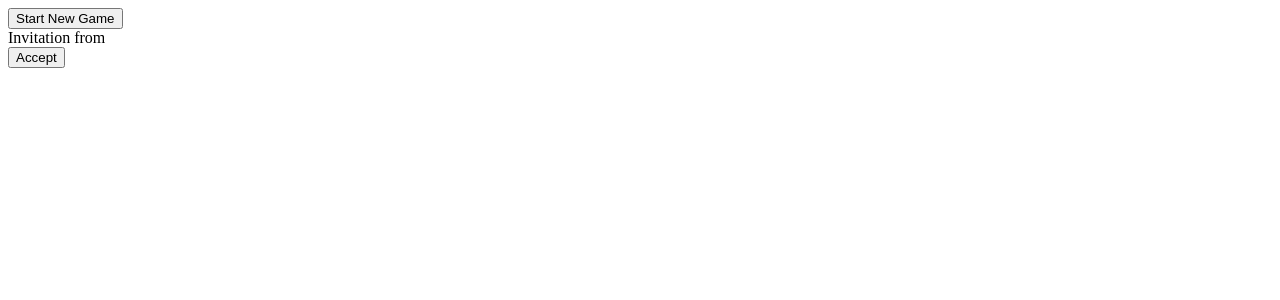
Repository: akshaydongaregit/OnlineChess
Page: view/home.html
These files come from the project's save history. The page is drawn as it stood at one moment and after the next save; the edit follows.
The browser window is 1280 px wide. The pictures show the whole page.
The page's requests for data from a server got no answer.

Above is the page before, as saved 2019-10-06 16:10:06.

### view/home.html
<html>
    <head>
        <title>OnlChess | Login</title>
    </head>
    <body>
        <div name="login" class="form">
            <button class="btn" value="Start" onclick='$.redirect("/req-new")'> Start New Game</button>
        </div>
        <div class="card-list">
            <div class="card-item">
                <div class="body" > Invitation from </div>
                <button class="btn blue" >Accept</button>
            </div>
        </div>
        <script type="text/javascript" src="../js/axios.min.js"></script>
        <script type="text/javascript" src="../js/main.js"></script>
        <script type="text/javascript" src="../js/sweetalert2.js"></script>
    </body>
</html>

### js/main.js

$ = {};

if($.redirect==undefined)
$.redirect = (url) => {
    document.location = url;
}

if($.toggleClass==undefined)
$.toggleClass = (el , className) => {
  el.classList.toggle(className);
};
if($.select==undefined)
$.select = (selector) => {
  return document.querySelector(selector);
};
if($.selectAll==undefined)
$.selectAll = (selector) => {
  return document.querySelectorAll(selector);
};

let playerPrfo = {};
let profLister = [];
function init() {
  axios.post('/check-invite',{}).then((res)=>{
    console.log(res.data);
    playerPrfo = res.data;
    for(let listener of profLister)
      listener(res.data);
  });
}

init();

Loaded but not shown: js/axios.min.js (library); js/sweetalert2.js (2910 lines, source omitted)

After the next save:
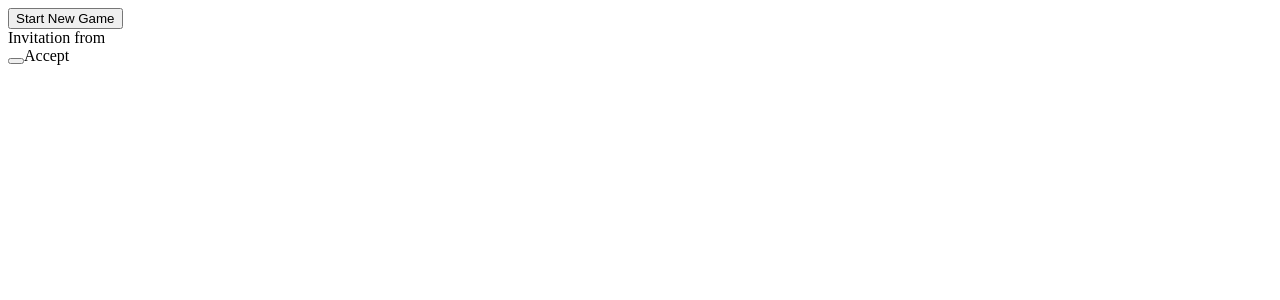
Saved 74 s later.
--- a/view/home.html
+++ b/view/home.html
@@ -9,7 +9,7 @@
         <div class="card-list">
             <div class="card-item">
                 <div class="body" > Invitation from </div>
-                <button class="btn blue" >Accept</button>
+                <button class="btn blue" onclick='acceptInv("")'></button>Accept</button>
             </div>
         </div>
         <script type="text/javascript" src="../js/axios.min.js"></script>
